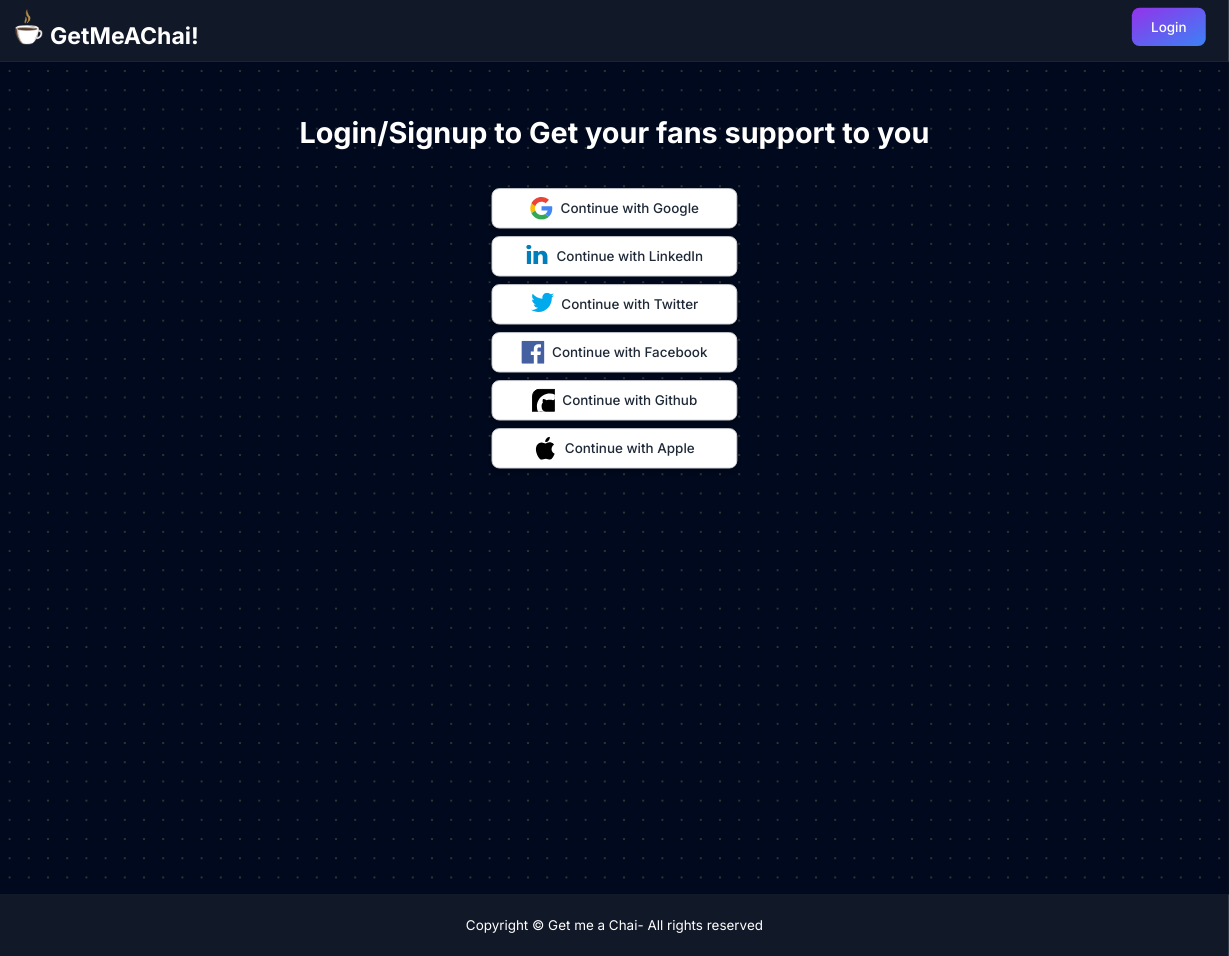
Repository: sarthaktomar579/saharaWorks
Page: /login
The author's editor kept a copy of each file at every save. The page is drawn from the files as they stood at one save, then again after the next save.
The browser window is 1280 px wide. The pictures show the whole page, at 96% of full size.
The project was rebuilt for these pictures with package versions that can differ from the ones it lists, and the page was loaded fresh each time. The framework's server and built-in components were replaced by stand-ins that run in the browser. Also part of the build but not shown: next.config.mjs.

Above is the page before, as saved 2024-08-31 21:10:48.

After the next save:
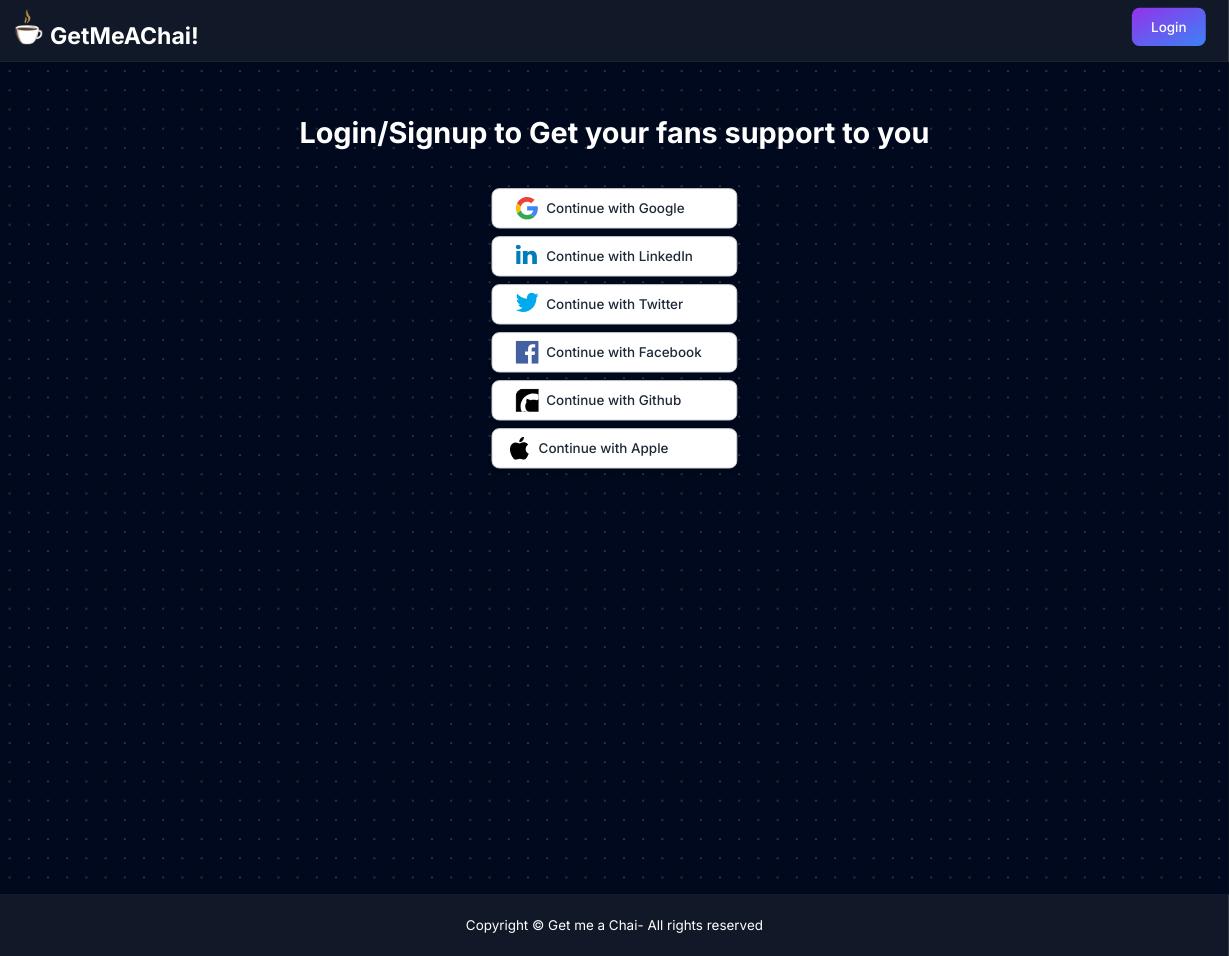
Saved 54 s later.
--- a/app/login/page.js
+++ b/app/login/page.js
@@ -10,7 +10,7 @@
 
 
                 <button
-                    className="mx-auto flex items-center justify-center w-64 border bg-white border-gray-300 rounded-lg shadow-md max-w-xs px-6 py-2 text-sm font-medium text-gray-800 hover:bg-gray-200 focus:outline-none focus:ring-2 focus:ring-offset-2 focus:ring-gray-500">
+                    className="mx-auto flex items-center w-64 border bg-white border-gray-300 rounded-lg shadow-md max-w-xs px-6 py-2 text-sm font-medium text-gray-800 hover:bg-gray-200 focus:outline-none focus:ring-2 focus:ring-offset-2 focus:ring-gray-500">
                     <svg className="h-6 w-6 mr-2" xmlns="http://www.w3.org/2000/svg" viewBox="-0.5 0 48 48" version="1.1">
 
                         <g id="Icons" stroke="none" stroke-width="1" fill="none" fill-rule="evenodd">
@@ -37,7 +37,7 @@
 
 
                 <button
-                    className="mx-auto flex items-center justify-center w-64  border bg-white border-gray-300 rounded-lg shadow-md max-w-xs px-6 py-2 text-sm font-medium text-gray-800 hover:bg-gray-200 focus:outline-none focus:ring-2 focus:ring-offset-2 focus:ring-gray-500">
+                    className="mx-auto flex items-center w-64  border bg-white border-gray-300 rounded-lg shadow-md max-w-xs px-6 py-2 text-sm font-medium text-gray-800 hover:bg-gray-200 focus:outline-none focus:ring-2 focus:ring-offset-2 focus:ring-gray-500">
                     <svg className="h-6 w-6 mr-2" xmlns="http://www.w3.org/2000/svg" viewBox="-0.5 0 48 48" version="1.1">
                         <g id="Icons" stroke="none" stroke-width="1" fill="none" fill-rule="evenodd">
                             <g id="Color-" transform="translate(-702.000000, -265.000000)" fill="#007EBB">
@@ -53,7 +53,7 @@
 
 
                 <button
-                    className="mx-auto flex items-center justify-center w-64  border bg-white border-gray-300 rounded-lg shadow-md max-w-xs px-6 py-2 text-sm font-medium text-gray-800 hover:bg-gray-200 focus:outline-none focus:ring-2 focus:ring-offset-2 focus:ring-gray-500">
+                    className="mx-auto flex items-center w-64  border bg-white border-gray-300 rounded-lg shadow-md max-w-xs px-6 py-2 text-sm font-medium text-gray-800 hover:bg-gray-200 focus:outline-none focus:ring-2 focus:ring-offset-2 focus:ring-gray-500">
                     <svg className="h-6 w-6 mr-2" xmlns="http://www.w3.org/2000/svg" viewBox="-0.5 0 48 48" version="1.1">
                         <g id="Icons" stroke="none" stroke-width="1" fill="none" fill-rule="evenodd">
                             <g id="Color-" transform="translate(-300.000000, -164.000000)" fill="#00AAEC">
@@ -71,7 +71,7 @@
 
 
                 <button
-                    className="mx-auto flex items-center justify-center w-64  border bg-white border-gray-300 rounded-lg shadow-md max-w-xs px-6 py-2 text-sm font-medium text-gray-800 hover:bg-gray-200 focus:outline-none focus:ring-2 focus:ring-offset-2 focus:ring-gray-500">
+                    className="mx-auto flex items-center w-64  border bg-white border-gray-300 rounded-lg shadow-md max-w-xs px-6 py-2 text-sm font-medium text-gray-800 hover:bg-gray-200 focus:outline-none focus:ring-2 focus:ring-offset-2 focus:ring-gray-500">
                     <svg className="h-6 w-6 mr-2" xmlns="http://www.w3.org/2000/svg" viewBox="-0.5 0 48 48" version="1.1">
                         <g id="Icons" stroke="none" stroke-width="1" fill="none" fill-rule="evenodd">
                             <g id="Color-" transform="translate(-200.000000, -160.000000)" fill="#4460A0">
@@ -89,7 +89,7 @@
 
 
                 <button
-                    className="mx-auto flex items-center justify-center w-64  border bg-white border-gray-300 rounded-lg shadow-md max-w-xs px-6 py-2 text-sm font-medium text-gray-800 hover:bg-gray-200 focus:outline-none focus:ring-2 focus:ring-offset-2 focus:ring-gray-500">
+                    className="mx-auto flex items-center w-64  border bg-white border-gray-300 rounded-lg shadow-md max-w-xs px-6 py-2 text-sm font-medium text-gray-800 hover:bg-gray-200 focus:outline-none focus:ring-2 focus:ring-offset-2 focus:ring-gray-500">
                     <svg className="h-6 w-6 mr-2" xmlns="http://www.w3.org/2000/svg" viewBox="-0.5 0 48 48" version="1.1">
                         <g id="team-collaboration/version-control/github" stroke="none" stroke-width="1" fill="none"
                             fill-rule="evenodd">
@@ -112,7 +112,7 @@
 
 
                 <button
-                    className="mx-auto flex items-center justify-center w-64 border bg-white border-gray-300 rounded-lg shadow-md max-w-xs px-4 py-2 text-sm font-medium text-gray-800 hover:bg-gray-200 focus:outline-none focus:ring-2 focus:ring-offset-2 focus:ring-gray-500 space-x-2">
+                    className="mx-auto flex items-center w-64 border bg-white border-gray-300 rounded-lg shadow-md max-w-xs px-4 py-2 text-sm font-medium text-gray-800 hover:bg-gray-200 focus:outline-none focus:ring-2 focus:ring-offset-2 focus:ring-gray-500 space-x-2">
                     <svg className='h-6 w-6' xmlns="http://www.w3.org/2000/svg" width="0.82em" height="1em" viewBox="0 0 256 315"><path d="M213.803 167.03c.442 47.58 41.74 63.413 42.197 63.615c-.35 1.116-6.599 22.563-21.757 44.716c-13.104 19.153-26.705 38.235-48.13 38.63c-21.05.388-27.82-12.483-51.888-12.483c-24.061 0-31.582 12.088-51.51 12.871c-20.68.783-36.428-20.71-49.64-39.793c-27-39.033-47.633-110.3-19.928-158.406c13.763-23.89 38.36-39.017 65.056-39.405c20.307-.387 39.475 13.662 51.889 13.662c12.406 0 35.699-16.895 60.186-14.414c10.25.427 39.026 4.14 57.503 31.186c-1.49.923-34.335 20.044-33.978 59.822M174.24 50.199c10.98-13.29 18.369-31.79 16.353-50.199c-15.826.636-34.962 10.546-46.314 23.828c-10.173 11.763-19.082 30.589-16.678 48.633c17.64 1.365 35.66-8.964 46.64-22.262" /></svg>
                     <span>Continue with Apple</span>
                 </button>
